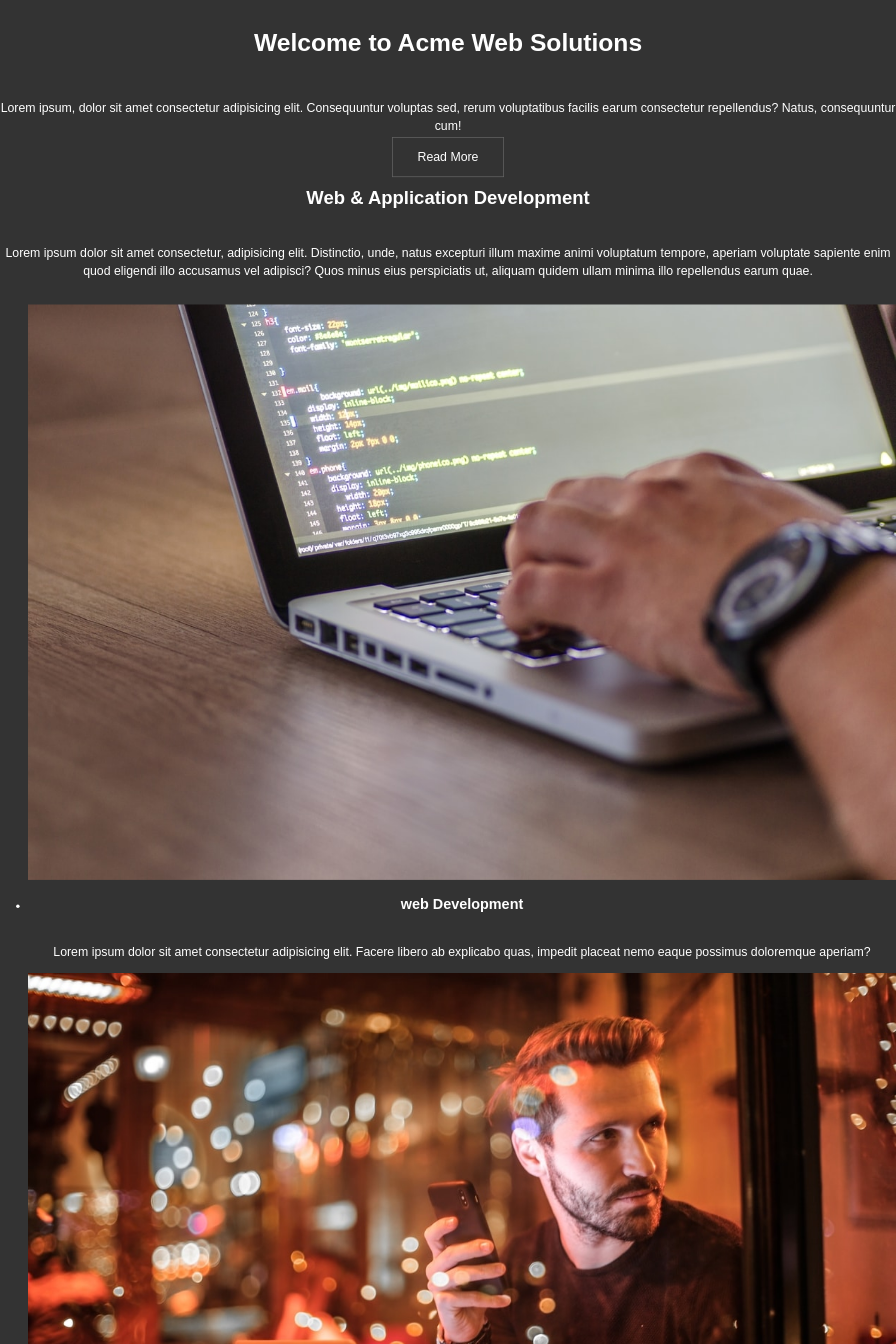
Repository: ErikBaer/MobileFirst
Page: index.html
The author's editor kept a copy of each file at every save. The page is drawn from the files as they stood at one save, then again after the next save.
The browser window is 1280 px wide. The pictures show the part of the page from y = 0 to 1920 px (the page is 3926 px tall before and 3981 px after), at 70% of full size.

Above is the page before, as saved 2020-02-15 02:43:37.

### index.html
<!DOCTYPE html>
<html lang="en">
<head>
    <meta charset="UTF-8">
    <meta name="viewport" content="width=device-width, initial-scale=1.0">
    <link rel="stylesheet" type="text/css" href="style.css">
    <title>Acme Web Solutions</title>
</head>
<body>
    <!--Header Showcase -->
   <header id="showcase" class="grid">
    <div class="bg-image"></div>
    <h1>Welcome to Acme Web Solutions</h1>
    <p>Lorem ipsum, dolor sit amet consectetur adipisicing elit.
         Consequuntur voluptas sed, rerum voluptatibus facilis
         earum consectetur repellendus? Natus, consequuntur cum!
        </p>
    <a href="#section-b" class="btn">Read More</a>
</header>

<!-- Main Area -->

<main id="main">

    <!-- Section A -->

    <section id="section-a" class="grid">
        <div class="content-wrap">
            <h2 class="content-title">Web & Application Development</h2>
            <p>Lorem ipsum dolor sit amet consectetur, adipisicing elit.
                Distinctio, unde, natus excepturi illum maxime animi
                voluptatum tempore, aperiam voluptate sapiente enim quod
                 eligendi illo accusamus vel adipisci? Quos minus eius
                 perspiciatis ut, aliquam quidem ullam minima illo
                 repellendus earum quae.</p>
        </div>
    </section>

    <!-- Section B -->

    <section id="section-b" class="grid">
        <ul>
            <li>
                <div class="card">
                    <img src="./Assets/Coding-Person.jpg" alt="">
                    <div class="card-content">
                        <h3 class="card-title">web Development</h3>
                        <p>Lorem ipsum dolor sit amet consectetur
                            adipisicing elit. Facere libero ab explicabo
                            quas, impedit placeat nemo eaque possimus
                            doloremque aperiam?</p>
                    </div>
                </div>
            </li>
            <li>
                <div class="card">
                    <img src="./Assets/mobile-man.jpg" alt="">
                    <div class="card-content">
                        <h3 class="card-title">Mobile Applications</h3>
                        <p>Lorem ipsum dolor sit amet consectetur
                            adipisicing elit. Facere libero ab explicabo
                            quas, impedit placeat nemo eaque possimus
                            doloremque aperiam?</p>
                    </div>
                </div>
            </li>
            <li>
                <div class="card">
                    <img src="./Assets/Coding-Person.jpg" alt="">
                    <div class="card-content">
                        <h3 class="card-title">Tech Marketing</h3>
                        <p>Lorem ipsum dolor sit amet consectetur
                            adipisicing elit. Facere libero ab explicabo
                            quas, impedit placeat nemo eaque possimus
                            doloremque aperiam?</p>
                    </div>
                </div>
            </li>
        </ul>
    </section>

    <!-- Section C -->
    <section id="section-c" class="grid">
        <div class="content-wrap">
            <h2 class="content-title"> We handle all of your digital needs</h2>
            <p>Lorem, ipsum dolor sit amet consectetur adipisicing elit.
                Neque asperiores pariatur dolorem ipsum dicta recusandae
                 optio vel doloremque deserunt maiores?</p>
        </div>
    </section>

    <!-- Section D -->

    <section class="section-d grid">
        <div class="box">
            <h2 class="content-title">Contact Us</h2>
            <p>Lorem ipsum dolor sit, amet consectetur adipisicing elit.
                 Alias, totam quas ipsam doloremque dignissimos doloribus
                 laudantium aut provident dolore. Maxime!</p>
            <p>contact@acmewebsolutions.test</p>
        </div>
        <div class="box">
            <h2 class="content-title">About Our Company</h2>
            <p>Lorem ipsum dolor, sit amet consectetur adipisicing elit.
                Delectus ut placeat, nulla inventore laboriosam quisquam!
                Porro, asperiores libero molestiae a facilis et, ex magni
                 nostrum rem delectus quia ut? Vitae.</p>
        </div>
    </section>
</main>

<!-- Footer -->

<footer id="main-footer" class="grid">
    <div>Acme Web Solutins</div>
    <div>Project by <a href="www.baerdata.de" target="blank">Erik Baer</a></div>
</footer>

</body>
</html>

### style.css
body {
    margin: 0;
    font-family: Arial, Helvetica, sans-serif;
    background-color: #333;
    color: white;
    font-size:1.1em;
    line-height: 1.5;
    text-align: center;
}

img {
    display:block;
    width:100%;
    height: auto;
}

h1, h2, h3 {
    margin:0;
    padding: 1em 0;
}

p {
    margin: 0;
    padding: 1em 0;
}

.btn {
    background: 333;
    color: white;
    text-decoration: none;
    padding: 1em 2em;
    border: 1px solid #666;

}

After the next save:
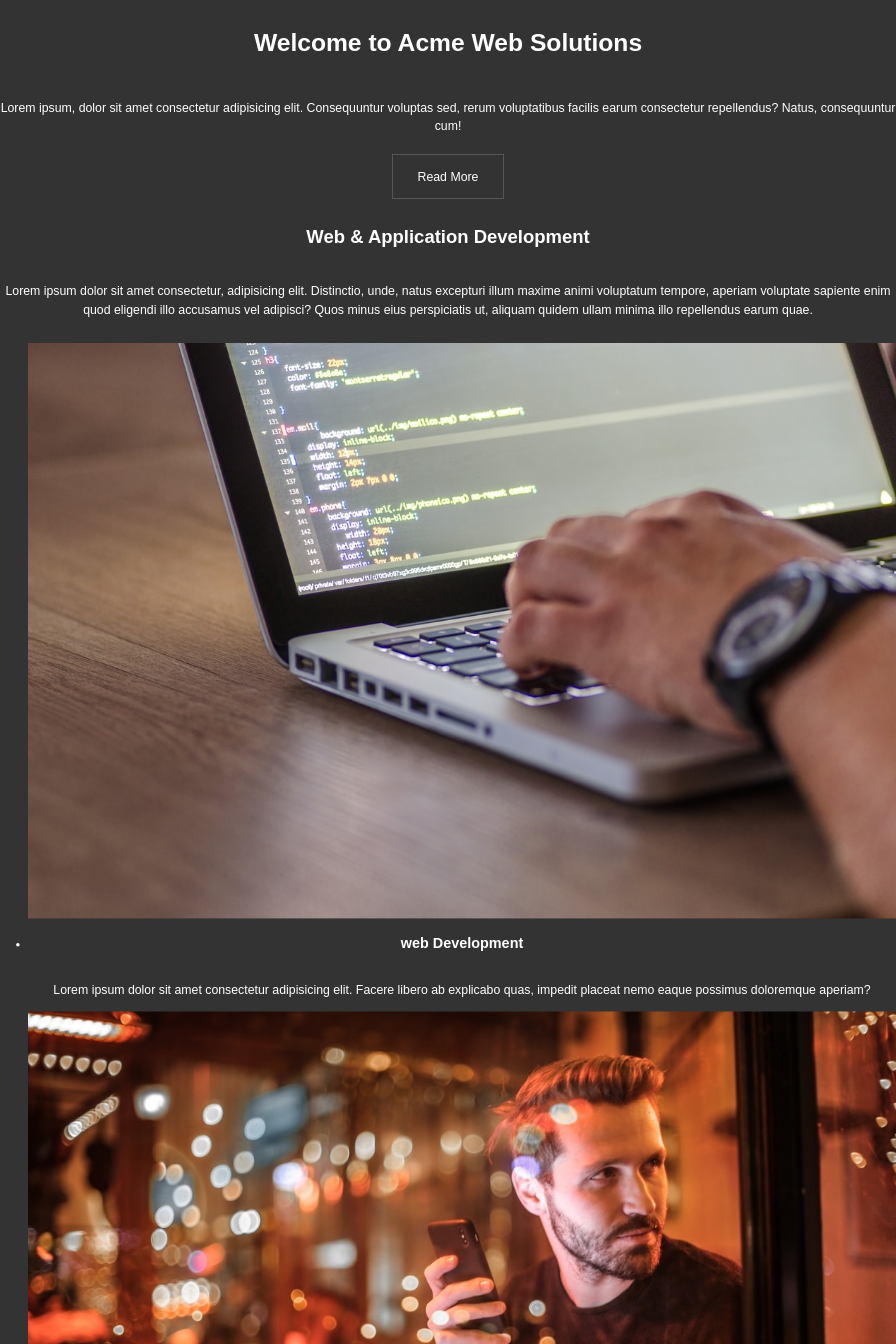
Saved 63 s later.
--- a/style.css
+++ b/style.css
@@ -25,10 +25,11 @@ p {
 }
 
 .btn {
+    display: inline-block;
     background: 333;
     color: white;
     text-decoration: none;
     padding: 1em 2em;
     border: 1px solid #666;
-
+    margin: .5em 0
 }
